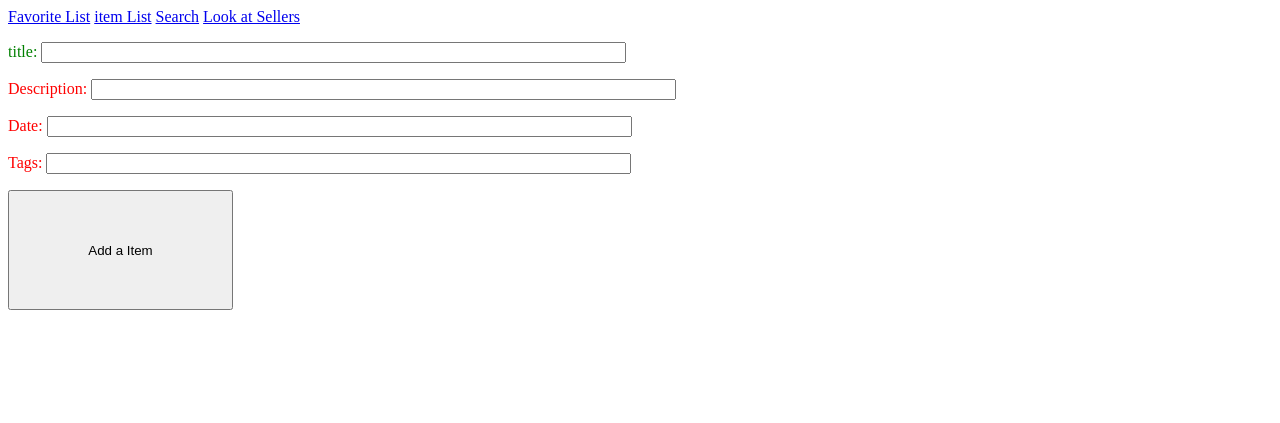
Repository: HamdanM/DatabaseProject
Page: http://localhost/DB3/addItem.jsp
These files come from the project's save history. The page is drawn as it stood at one moment and after the next save; the edit follows.
The browser window is 1280 px wide. The pictures show the whole page.
The page is served by Tomcat 9. Other server files are loaded and not shown.

Above is the page before, as saved 2019-07-25 01:57:48.

### DB3/WebContent/addItem.jsp
<%@ page language="java" contentType="text/html; charset=ISO-8859-1"
    pageEncoding="ISO-8859-1"%>
  <%@ taglib prefix="c" uri="http://java.sun.com/jsp/jstl/core" %>
<!DOCTYPE html PUBLIC "-//W3C//DTD HTML 4.01 Transitional//EN" "http://www.w3.org/TR/html4/loose.dtd">
<html>
<head>
<meta charset="UTF-8">
<title>Insert title here</title>
</head>
<body>

<a href="favlist">Favorite List</a>
<a href="list">item List</a>
<a href="search.jsp">Search</a>
<a href="sellers">Look at Sellers</a>

<form action="insertItem"
          method="post">

        <p style="color:green"><label>title: <input
                    type="text" name="Title"
                    size="70" maxlength="70" />
            </label></p>
        <p style="color:red"><label>Description: <input
                    type="text" name="Description"
                    size="70" maxlength="250" />
            </label></p>
        <p style="color:red"><label>Date: <input
                    type="text" name="Date"
                    size="70" maxlength="70" />
            </label></p>
        <p style="color:red"><label>Tags: <input
                    type="text" name="Tags"
                    size="70" maxlength="70" />
            </label></p>
        <p style="color:orange"><input style="height:120px;width:225px" type=
        "submit" name="submit" value=
        "Add a Item" /></p>
</form>

</body>
</html>

After the next save:
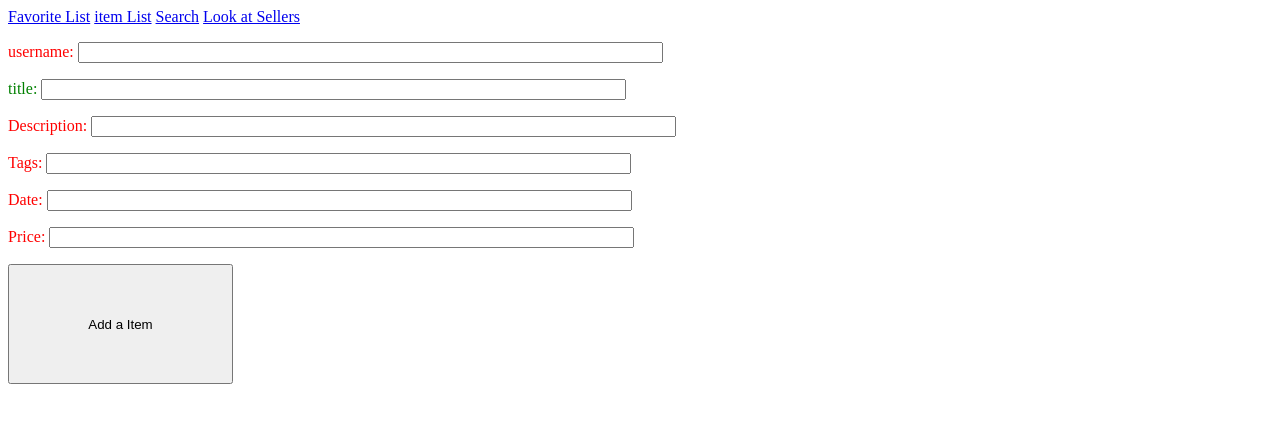
Saved 2 min 19 s later.
--- a/DB3/WebContent/addItem.jsp
+++ b/DB3/WebContent/addItem.jsp
@@ -17,6 +17,10 @@
 <form action="insertItem"
           method="post">
 
+            <p style="color:red"><label>username: <input
+                    type="text" name="username"
+                    size="70" readonly maxlength="70" />
+            </label></p>
         <p style="color:green"><label>title: <input
                     type="text" name="Title"
                     size="70" maxlength="70" />
@@ -25,12 +29,17 @@
                     type="text" name="Description"
                     size="70" maxlength="250" />
             </label></p>
-        <p style="color:red"><label>Date: <input
-                    type="text" name="Date"
+
+        <p style="color:red"><label>Tags: <input
+                    type="text" name="posterid"
                     size="70" maxlength="70" />
             </label></p>
-        <p style="color:red"><label>Tags: <input
-                    type="text" name="Tags"
+            <p style="color:red"><label>Date: <input
+                    type="text" name="posttime"
+                    size="70" maxlength="70" />
+            </label></p>
+            <p style="color:red"><label>Price: <input
+                    type="text" name="price"
                     size="70" maxlength="70" />
             </label></p>
         <p style="color:orange"><input style="height:120px;width:225px" type=
